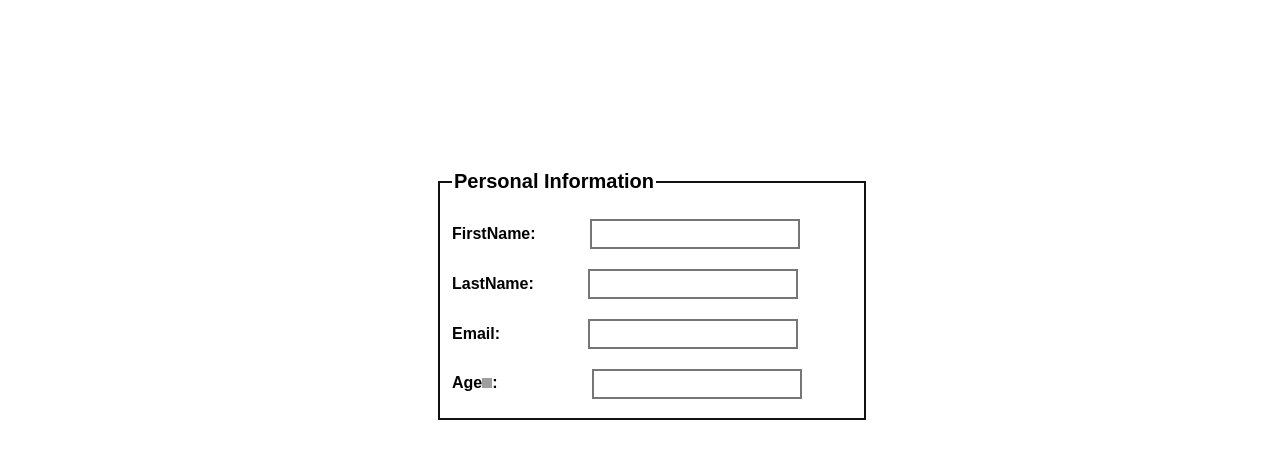
Repository: Femi007-gh/Legend
Page: index.html
These files come from the project's save history. The page is drawn as it stood at one moment and after a run of saves; the edit follows.
The browser window is 1280 px wide. The pictures show the whole page.
Pictures or frames that could not be fetched are drawn as grey boxes.

Above is the page before, as saved 2025-04-04 17:42:34.

After the next 2 saves:
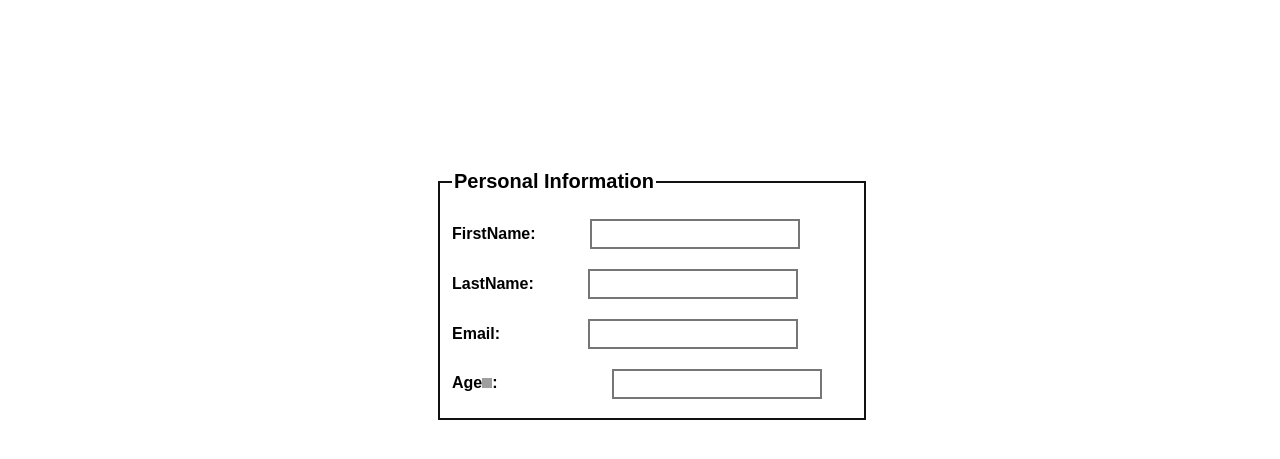
The 2 saves are shown as one change because they came seconds apart.
The last was saved 20 s later.
--- a/style.css
+++ b/style.css
@@ -46,7 +46,7 @@ body {
 
 .age {
   margin-top: 20px;
-  margin-left: 90px;
+  margin-left: 110px;
   border-style: solid;
   height: 30px;
   width: 210px;
